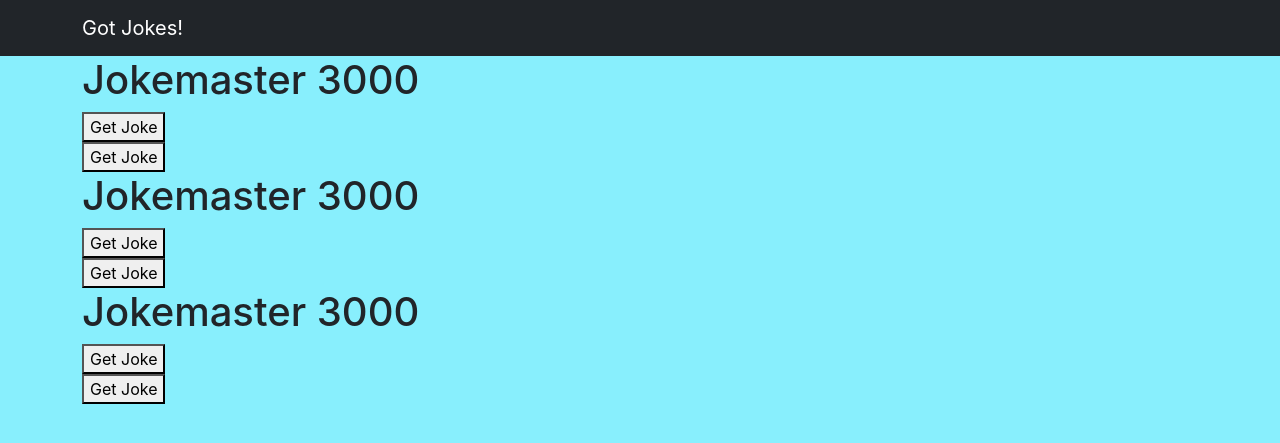
Repository: jontslater/LAB-joke-generator-react
Page: /
The author's editor kept a copy of each file at every save. The page is drawn from the files as they stood at one save, then again after the next save.
The browser window is 1280 px wide. The pictures show the whole page.
The project was rebuilt for these pictures with package versions that can differ from the ones it lists, and the page was loaded fresh each time. The framework's server and built-in components were replaced by stand-ins that run in the browser. Also part of the build but not shown: next.config.js.

Above is the page before, as saved 2024-01-12 16:34:00.

After the next save:
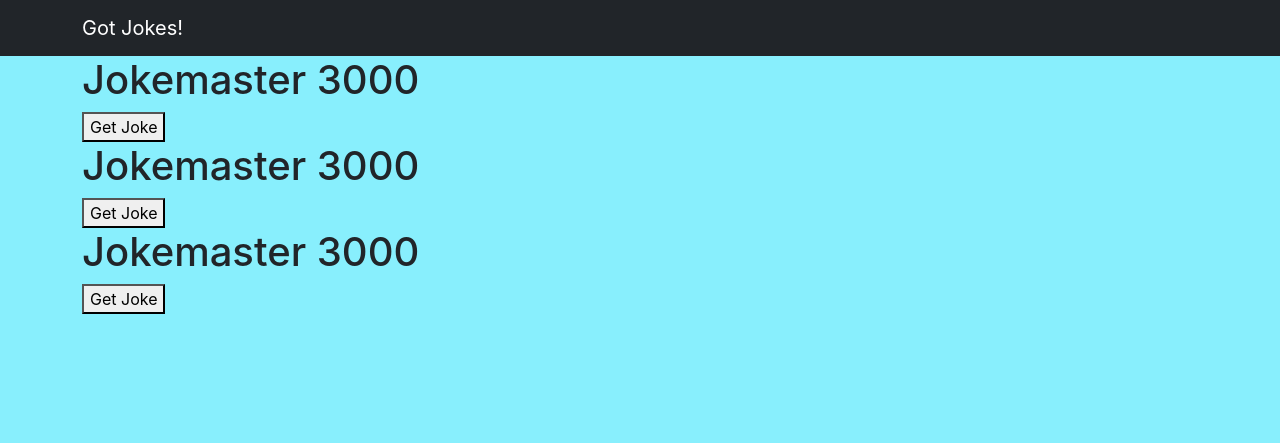
Saved 9 s later.
--- a/components/Jokes.js
+++ b/components/Jokes.js
@@ -20,7 +20,7 @@ function Jokes() {
         {jokes.setup}
       </div>
       <div>
-        {active === 'FirstCard' && <button type="button" title="1" onClick={(getJokes)}> Get Joke </button>}
+        {active === 'SecondCard' && <button type="button" title="1" onClick={(getJokes)}> Get Joke </button>}
         {jokes.delivery}
       </div>
     </>
